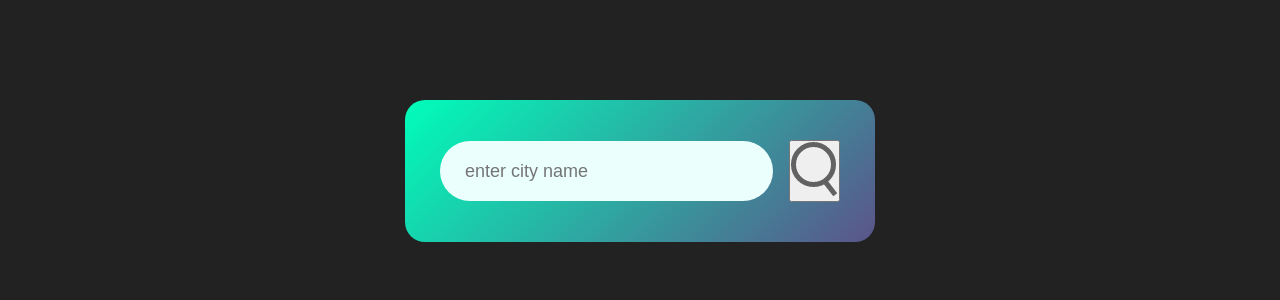
Repository: Alphosmart/weather
Page: index.html
These files come from the project's save history. The page is drawn as it stood at one moment and after the next save; the edit follows.
The browser window is 1280 px wide. The pictures show the whole page.

Above is the page before, as saved 2024-07-17 16:28:25.

### index.html
<!DOCTYPE html>
<html lang="en">
  <head>
    <meta charset="UTF-8" />
    <meta name="viewport" content="width=device-width, initial-scale=1.0" />
    <title>Weather App</title>
    <link rel="stylesheet" href="style.css" />
  </head>
  <body>
    <div class="card">
      <div class="search">
        <input type="text" placeholder="enter city name" spellcheck="false" />
        <button><img src="images/search.png" /></button>
      </div>
    </div>
  </body>
</html>

### style.css
* {
  margin: 0;
  padding: 0;
  font-family: 'poppins', sans-serif;
  box-sizing: border-box;
}

body {
  background-color: #222;
}

.card {
  width: 90%;
  max-width: 470px;
  background: linear-gradient(135deg, #00feba, #5b548a);
  color: #fff;
  margin: 100px auto 0;
  border-radius: 20px;
  padding: 40px 35px;
  text-align: center;
}

.search {
  width: 100%;
  display: flex;
  align-items: center;
  justify-content: space-around;
}

.search input {
  border: 0;
  outline: 0;
  background: #ebfffc;
  color: #555;
  padding: 10px 25px;
  height: 60px;
  border-radius: 30px;
  flex: 1;
  margin-right: 16px;
  font-size: 18px;
}

.search button {
}

After the next save:
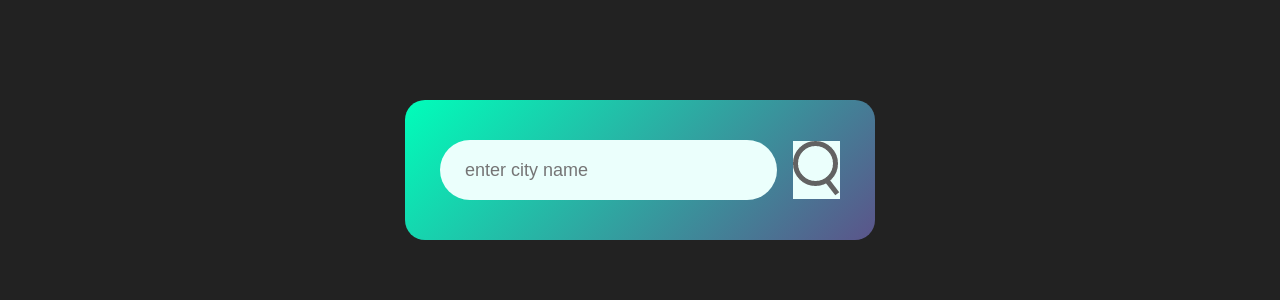
Saved 16 s later.
--- a/style.css
+++ b/style.css
@@ -41,4 +41,7 @@ body {
 }
 
 .search button {
+  border: 0;
+  outline: 0;
+  background: #ebfffc;
 }
